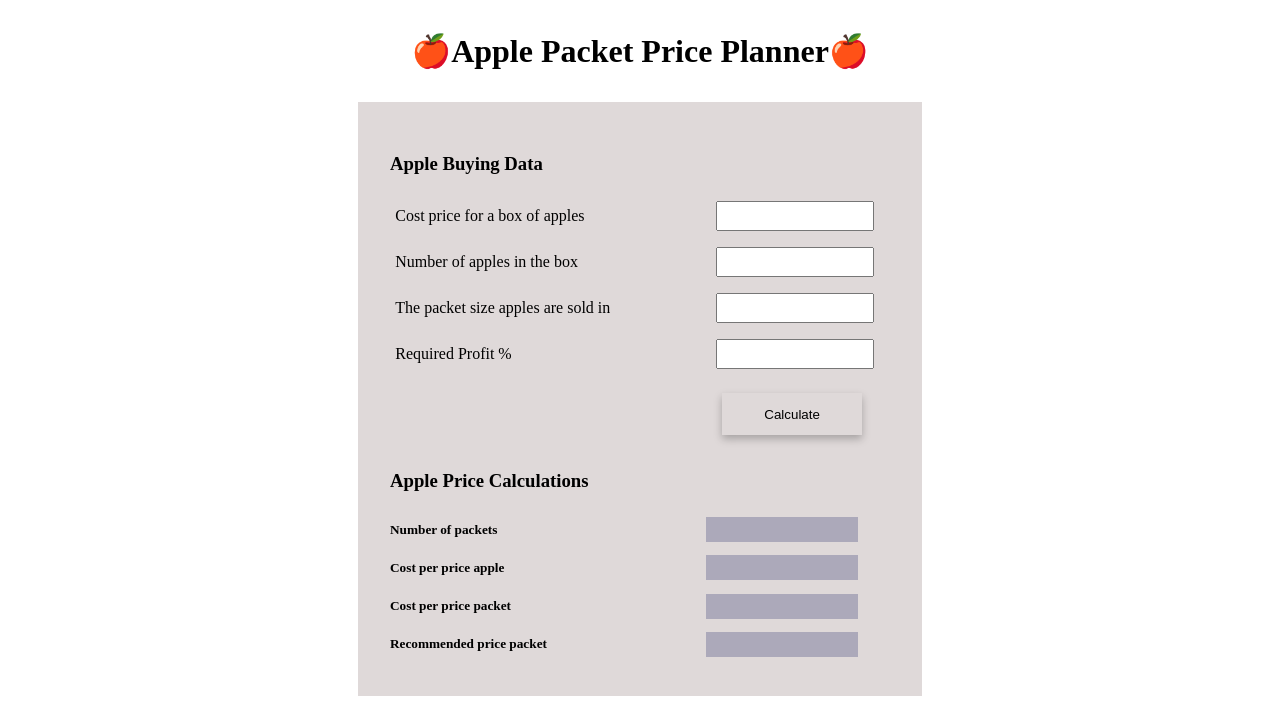
Repository: lasity34/apple-packet-price-planner
Page: index.html
These files come from the project's save history. The page is drawn as it stood at one moment and after the next save; the edit follows.
The browser window is 1280 px wide. The pictures show the whole page.

Above is the page before, as saved 2023-05-29 14:27:12.

### index.html
<!DOCTYPE html>
<html lang="en">
  <head>
    <meta charset="UTF-8" />
    <meta http-equiv="X-UA-Compatible" content="IE=edge" />
    <meta name="viewport" content="width=device-width, initial-scale=1.0" />
    <title>Apple Packet Price Planner</title>
    <link href="./style.css" rel="stylesheet" />
  </head>
  <body>
    <h1>🍎Apple Packet Price Planner🍎</h1>
    <main>
      <h3>Apple Buying Data</h3>
      <div class="data_input">
      <section class="input_section">
        <div class="input_container">
          <label for="apple_price">Cost price for a box of apples</label><br />
          <input
            type="number"
            id="apple_price"
            name="apple_price"

          /><br />
        </div>
      </section>
      <section class="input_section">
        <div class="input_container">
          <label for="apple_num">Number of apples in the box</label><br />
          <input type="number" id="apple_num" name="apple_num"  /><br />
        </div>
      </section>
      <section class="input_section">
        <div class="input_container">
          <label for="packet_size">The packet size apples are sold in</label><br />
          <input type="number" id="packet_size" name="packet_size" /><br />
        </div>
      </section>
      <section class="input_section">
        <div class="input_container">
          <label for="profit_required">Required Profit %</label><br />
          <input type="number" id="profit_required" name="profit_required"/><br />
        </div>
      </section>
      <div class="btn_container">
        <div></div>
        <button class="calculate_btn">Calculate</button>
      </div>
    </div>
   <section class="data_display">
    <h3>Apple Price Calculations</h3>
    <div class="data_container">
      <h5>Number of packets</h5>
      <h5 class="packets_display"></h5>
    </div>
    <div class="data_container">
      <h5>Cost per price apple</h5>
      <h5 class="cost_per_apple_display"></h5>
    </div>
    <div class="data_container">
      <h5>Cost per price packet</h5>
      <h5 class="cost_per_packet_display"></h5>
    </div><div class="data_container">
      <h5>Recommended price packet</h5>
      <h5 class="recommeded_price_packet_display"></h5>
    </div>
   </section>
    </main>
  </body>
  <script src="./apple-factory.js"></script>
  <script src="./apple-dom.js"></script>
</html>

### style.css

h1 {
    text-align: center;
    margin: 1em;
}

main {
    background-color: rgb(223, 217, 217);
    margin: 0 auto;
    padding: 2em;
    width: 70%;
    max-width: 500px;
}

.input_section {
    padding: 0.5em 0;
}

.input_container {
    display: flex;
    justify-content: space-around;
    height: 30px;
}

.input_container input {
    width: 30%;
}

.input_container label {
    width: 60%;
   align-self: center;
}

.btn_container {
    display: flex;
    justify-content: space-around;
    padding: 1em;

}

.btn_container div {
    width: 60%;
}

.calculate_btn {
    background-color: rgb(223, 217, 217);
    width: 30%;
    padding: 1em;
    border: none;
    box-shadow: 0px 4px 8px rgba(0, 0, 0, 0.25);
}

.data_container {
    display: flex;
    justify-content: space-between;
    width: 95%;
}

.data_container h5 {
    margin: 0.5em;
}

.data_container h5:nth-of-type(1) {
    align-self: center;
    margin: 0;
}

.data_container h5:nth-of-type(2) {

    display: flex;
    justify-content: center;
    align-items: center;
    width: 32%;
    height: 25px;
    background-color: rgb(172, 169, 186);
}

### apple-factory.js


function apple_factory(price, num, size, profit) {

    let apple_cost_price = price || 0;
    let num_apples = num || 0;
    let packet_size = size || 0;
    let profit_required = profit || 0;

    function apple_price(price) {
        apple_cost_price = price
    }

     function apple_count(num) {
        num_apples = num
     }

     function apple_size(packet) {
        packet_size = packet
     }

     function profit_input(input) {
        profit_required = input
     }

    function apples_price_length() {
        return apple_cost_price
    }

    function apple_count_length() {
        return num_apples
    }

    function apple_size_length() {
        return packet_size
    }

    function profit_required_length() {
        return profit_required
    }

    function number_of_packets() {
        const num_packets = Math.floor( num_apples / packet_size)
        return num_packets
    }

    function cost_per_apple() {
        const price_per_apple = num_apples / apple_cost_price
        return price_per_apple
    }

    function cost_per_packet() {
        const price_per_packet = (apple_cost_price * packet_size) / num_apples;
    return price_per_packet.toFixed(2)
    }

    function recommended_price() {
        const recommended_price_packet = (cost_per_packet() * 1.15)
        return recommended_price_packet.toFixed(2)
    }

    return {
        apple_price,
        apples_price_length,
        apple_count,
        apple_count_length,
        apple_size,
        apple_size_length,
        profit_input,
        profit_required_length,
        number_of_packets,
        cost_per_apple,
        cost_per_packet,
        recommended_price


    }
}

### apple-dom.js
const calculate_btn = document.querySelector(".calculate_btn");
const apple_cost_input = document.getElementById("apple_price").value;
const apple_num_input = document.getElementById("apple_num").value;
const packet_size_input = document.getElementById("packet_size").value;
const profit_required_input = document.getElementById("profit_required").value;
const num_packet_display = document.querySelector(".packets_display")
const cost_per_apple_display = document.querySelector(".cost_per_apple_display")
const cost_per_packet_display = document.querySelector(".cost_per_packet_display")
const recommended_price_packet = document.querySelector(".recommeded_price_packet_display")

const apple_fact = apple_factory(apple_cost_input, apple_num_input, packet_size_input, profit_required_input);

function apple_dom() {

num_packet_display.innerText = apple_fact.number_of_packets()
cost_per_apple_display = apple_fact.cost_per_apple()
cost_per_packet_display = apple_fact.cost_per_packet()
recommended_price_packet = apple_fact.recommended_price()

}

calculate_btn.addEventListener("click", apple_dom);

After the next save:
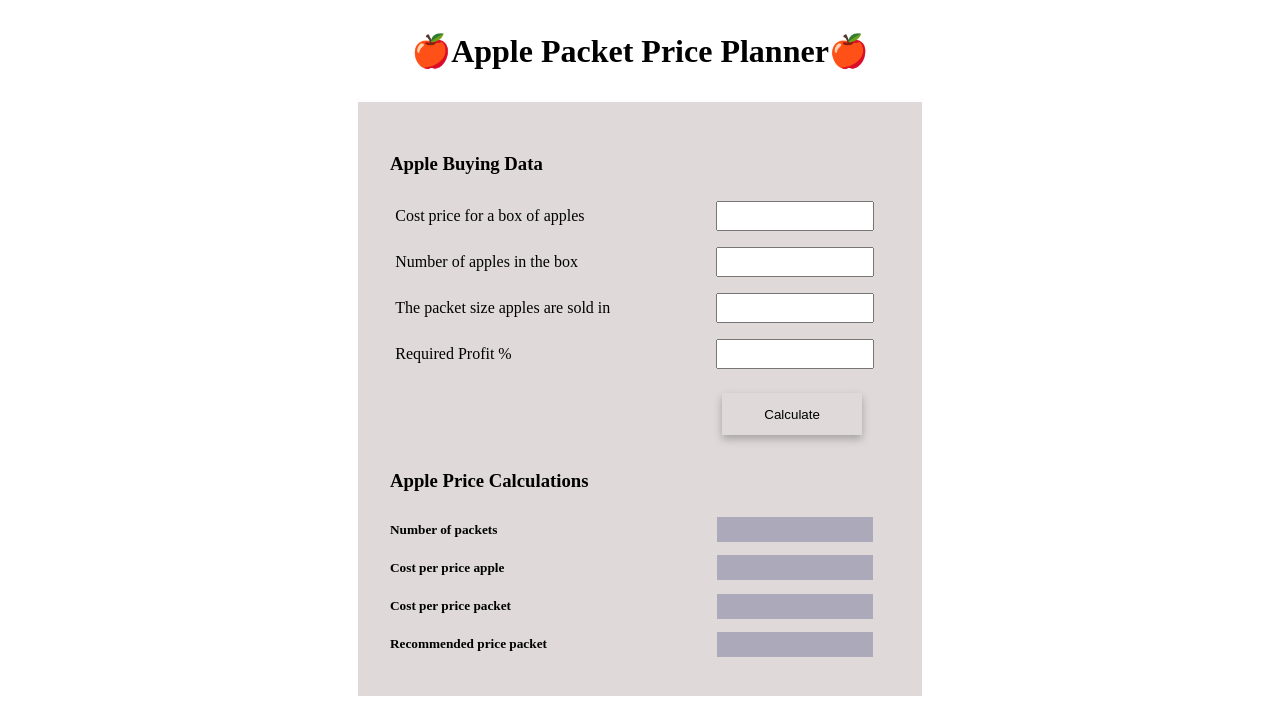
Saved 12 s later.
--- a/style.css
+++ b/style.css
@@ -53,7 +53,7 @@ main {
 .data_container {
     display: flex;
     justify-content: space-between;
-    width: 95%;
+    width: 98%;
 }
 
 .data_container h5 {
